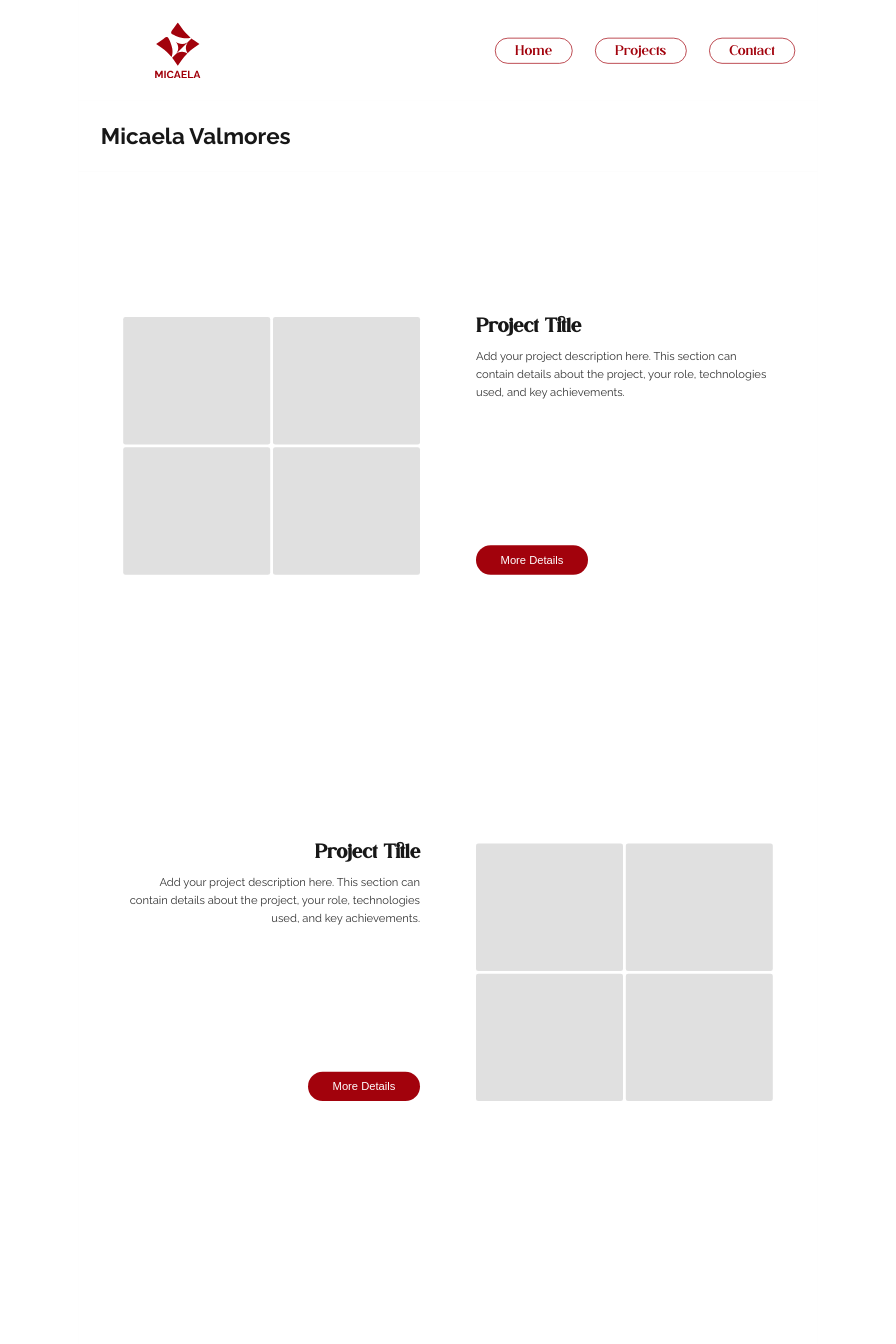
Repository: Micaelavalmores/Micaela-Portfolio
Page: /
These files come from the project's save history. The page is drawn as it stood at one moment and after the next save; the edit follows.
The browser window is 1280 px wide. The pictures show the part of the page from y = 0 to 1920 px (the page is 3285 px tall before and 3287 px after), at 70% of full size.
The project was rebuilt for these pictures with package versions that can differ from the ones it lists, and the page was loaded fresh each time. The framework's server and built-in components were replaced by stand-ins that run in the browser. Also part of the build but not shown: next.config.mjs.

Above is the page before, as saved 2026-01-27 12:45:39.

After the next save:
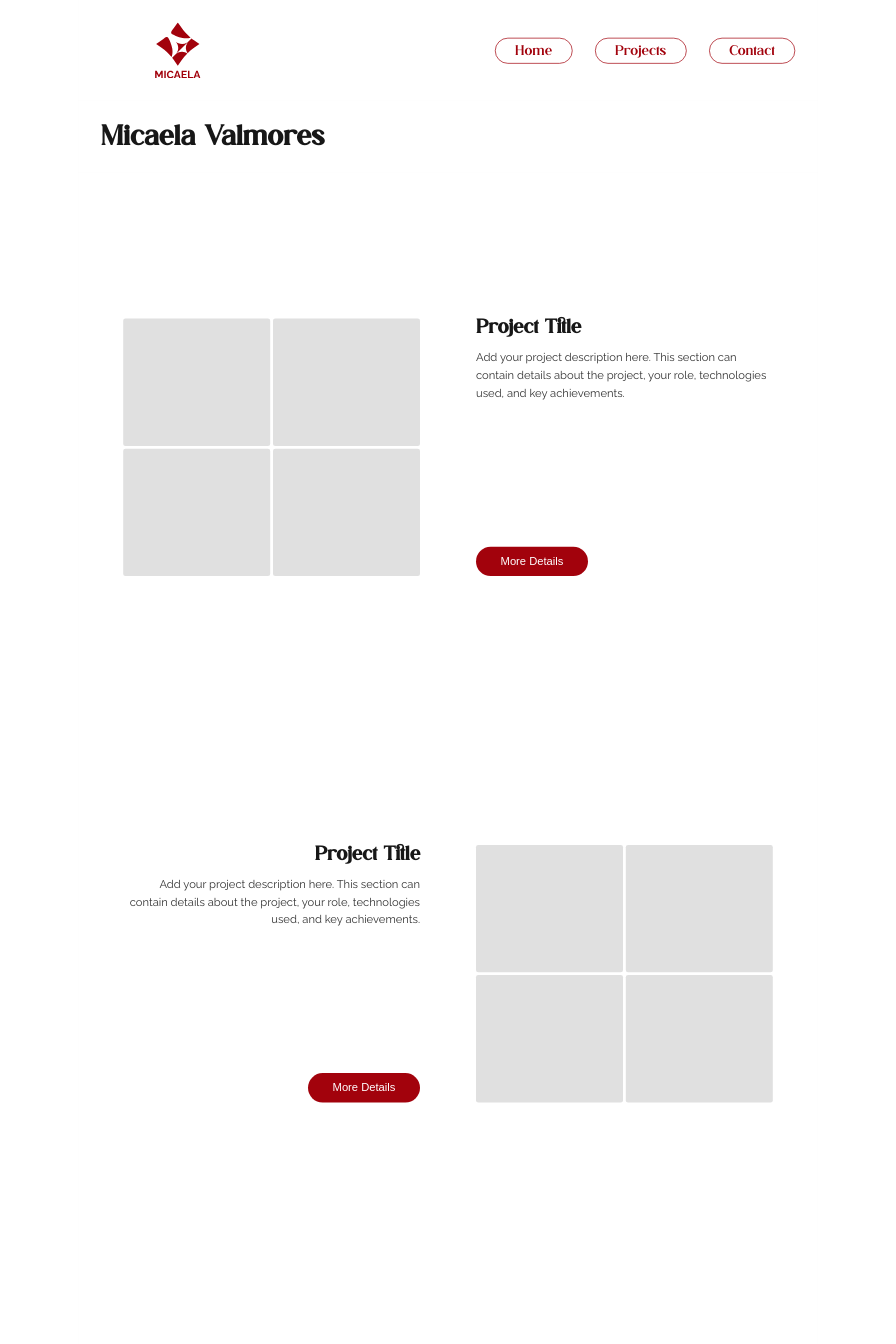
Saved 4 s later.
--- a/app/page.module.css
+++ b/app/page.module.css
@@ -35,7 +35,10 @@
 }
 
 .intro-sec h1 {
-
+  font-size: 2.5rem;
+  font-weight: 700;
+  margin: 0;
+  font-family: ghaista;
 }
 
 .main {
